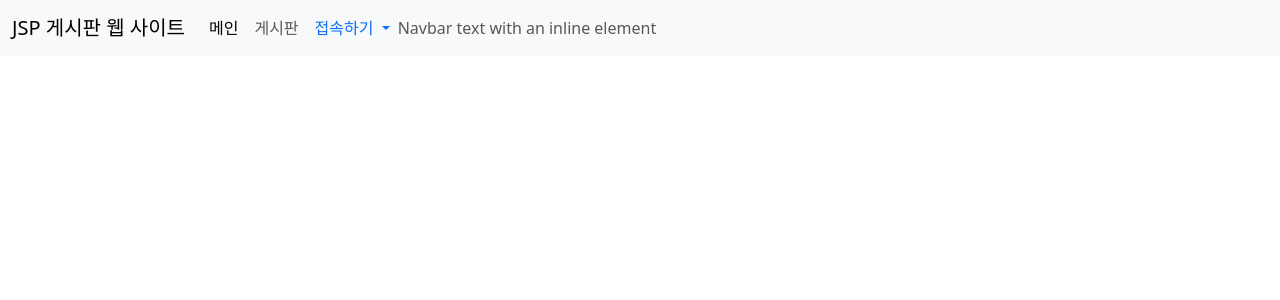
Repository: jeongjimin0/Jeongjimin
Page: http://localhost/WebTest/login.jsp
These files come from the project's save history. The page is drawn as it stood at one moment and after the next save; the edit follows.
The browser window is 1280 px wide. The pictures show the whole page.
The page is served by Tomcat 9. Other server files are loaded and not shown.

Above is the page before, as saved 2023-02-27 14:13:35.

### projects/WebTest/src/main/webapp/login.jsp
<%@ page language="java" contentType="text/html; charset=UTF-8"
    pageEncoding="UTF-8"%>
<!DOCTYPE html>
<html>
<head>
<meta charset="UTF-8">
<meta name="viewport" content="width=device-width", initial-scale="1">
<link rel="stylesheet" href="css/bootstrap.css">
<title>JSP 게시판 웹 사이트</title>
</head>
<body>
<nav class="navbar navbar-expand-lg bg-body-tertiary">
  <div class="container-fluid">
    <a class="navbar-brand">JSP 게시판 웹 사이트</a>
    <div class="collapse navbar-collapse" id="navbarSupportedContent">
      <ul class="navbar-nav me-auto mb-2 mb-lg-0">
        <li class="nav-item">
          <a class="nav-link active" aria-current="page" href="#">메인</a>
        </li>
        <li class="nav-item">
          <a class="nav-link" href="#">게시판</a>
        </li>

        <ul class="nav justify-content-end">
        <li class="dropdown">
          <a class="nav-link dropdown-toggle" href="#" role="button" data-bs-toggle="dropdown" aria-expanded="false">
            접속하기
          </a>
          <ul class="dropdown-menu">
            <li><a class="dropdown-item" href="#">Action</a></li>
            <li><a class="dropdown-item" href="#">Another action</a></li>
            <li><hr class="dropdown-divider"></li>
            <li><a class="dropdown-item" href="#">Something else here</a></li>
          </ul>
        </li>
      </ul>

      <span class="navbar-text">
        Navbar text with an inline element
      </span>





    </div>
    </div>
</nav>

<script src="https://cdn.jsdelivr.net/npm/bootstrap@5.3.0-alpha1/dist/js/bootstrap.bundle.min.js" integrity="sha384-w76AqPfDkMBDXo30jS1Sgez6pr3x5MlQ1ZAGC+nuZB+EYdgRZgiwxhTBTkF7CXvN" crossorigin="anonymous"></script>
</body>
</html>

Loaded but not shown: projects/WebTest/src/main/webapp/css/bootstrap.css (library)

After the next save:
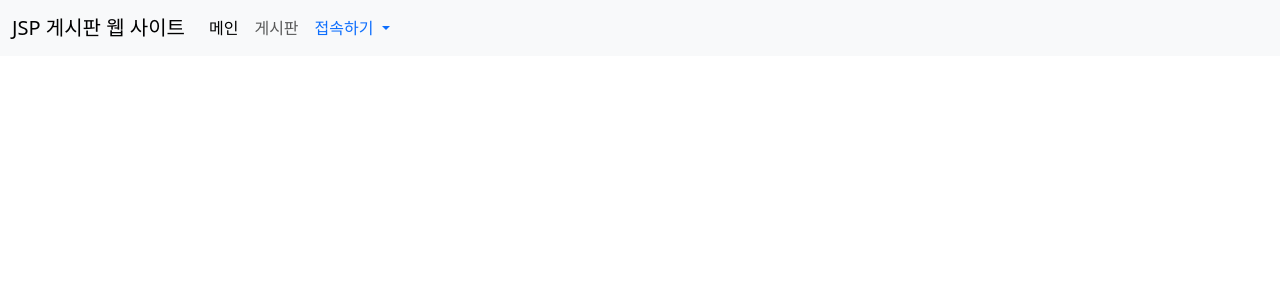
Saved 11 s later.
--- a/projects/WebTest/src/main/webapp/login.jsp
+++ b/projects/WebTest/src/main/webapp/login.jsp
@@ -35,9 +35,6 @@
         </li>
       </ul>
 
-      <span class="navbar-text">
-        Navbar text with an inline element
-      </span>
 
 
 
